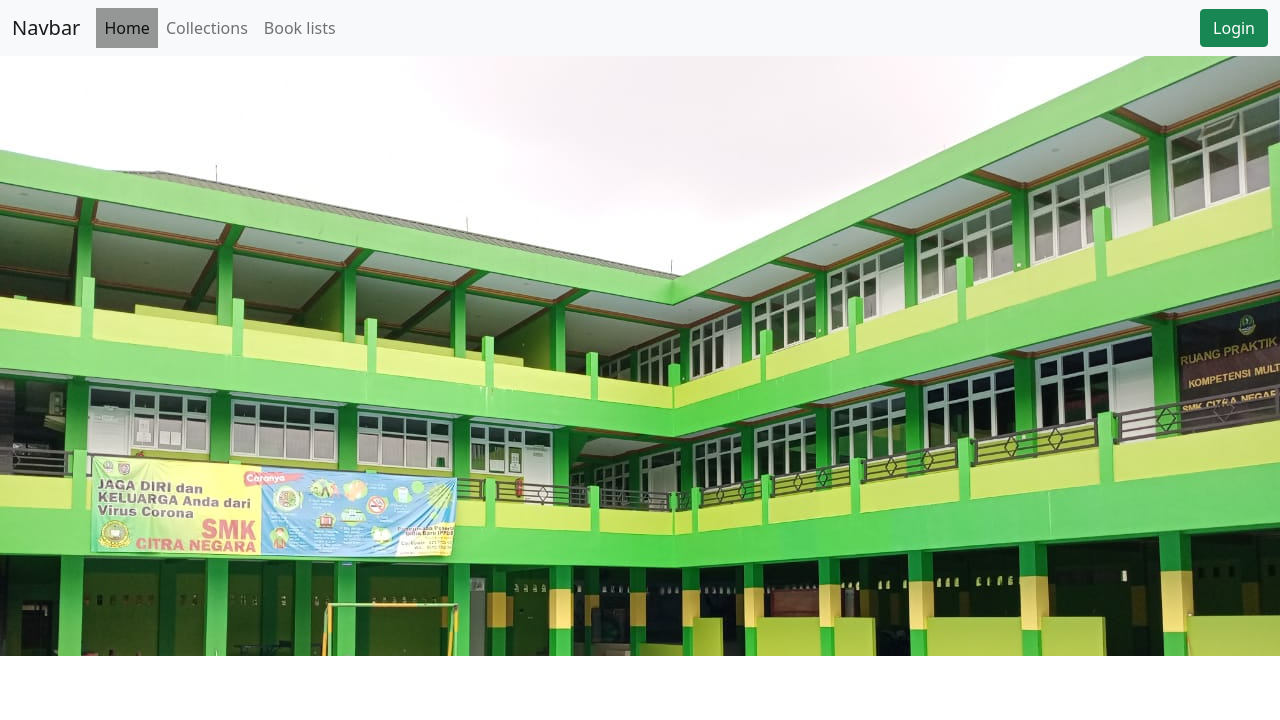
Repository: humanrizki/app-perpus-laravel-8
Page: http://localhost/home
The author's editor kept a copy of each file at every save. The page is drawn from the files as they stood at one save, then again after the next save.
The browser window is 1280 px wide. The pictures show the whole page.
An inner scrolling area shows only its first screen. Some web libraries are served in a nearby version. The page is served by the project's Laravel application, run on PHP 8.4 with Laravel 8. Other server files are loaded and not shown.

Above is the page before, as saved 2021-11-25 11:47:59.

### routes/web.php
<?php

use App\Http\Controllers\CollectionController;
use Illuminate\Support\Facades\Route;

/*
|--------------------------------------------------------------------------
| Web Routes
|--------------------------------------------------------------------------
|
| Here is where you can register web routes for your application. These
| routes are loaded by the RouteServiceProvider within a group which
| contains the "web" middleware group. Now create something great!
|
*/

Route::get('/', function () {
    return view('welcome');
});

Auth::routes();

Route::get('/home', [App\Http\Controllers\HomeController::class, 'index'])->name('home');
Route::get('/collections',[CollectionController::class,'index'])->name('collections');
Route::get('/collections/{collection:slug}',[CollectionController::class,'show']);

### app/Http/Controllers/HomeController.php
<?php

namespace App\Http\Controllers;

use Illuminate\Http\Request;

class HomeController extends Controller
{
    /**
     * Create a new controller instance.
     *
     * @return void
     */
    public function __construct()
    {
        $this->middleware('guest');
    }

    /**
     * Show the application dashboard.
     *
     * @return \Illuminate\Contracts\Support\Renderable
     */
    public function index()
    {
        return view('HomeTemplate',[
            'title'=>'home page'
        ]);
    }
}

### resources/views/homeTemplate.blade.php
@extends('layouts.capp')
@section('content')
    <div class="container-img" style="width: 100%; height:600px; overflow:auto;">
        <div class="img-content">
            <img src="img/cn.png" alt="" class="w-100" style="padding: 0px; margin:0px;">
        </div>
    </div>
@endsection

### resources/views/layouts/capp.blade.php
<!doctype html>
<html lang="en">
  <head>
    <meta charset="utf-8" />
    <meta http-equiv="X-UA-Compatible" content="IE=edge,chrome=1" />
    <meta content='width=device-width, initial-scale=1.0, maximum-scale=1.0, user-scalable=0, shrink-to-fit=no' name='viewport' />
    <title>{{ $title }}</title>

    <!--     Fonts and icons     -->
    <link href="https://fonts.googleapis.com/css?family=Montserrat:400,700,200" rel="stylesheet" />
    <link href="https://use.fontawesome.com/releases/v5.0.6/css/all.css" rel="stylesheet">
    <style>
      *,body{
        margin: 0px;
        padding: 0px;
      }
    </style>
    <link href="https://cdn.jsdelivr.net/npm/bootstrap@5.0.2/dist/css/bootstrap.min.css" rel="stylesheet" integrity="sha384-EVSTQN3/azprG1Anm3QDgpJLIm9Nao0Yz1ztcQTwFspd3yD65VohhpuuCOmLASjC" crossorigin="anonymous">
    <link rel="stylesheet" href="css/ul.css">
  </head>
  <body>
    @include('partials.header')
    @yield('content')

    <!--   Core JS Files   -->
    <script src="https://cdn.jsdelivr.net/npm/bootstrap@5.0.2/dist/js/bootstrap.bundle.min.js" integrity="sha384-MrcW6ZMFYlzcLA8Nl+NtUVF0sA7MsXsP1UyJoMp4YLEuNSfAP+JcXn/tWtIaxVXM" crossorigin="anonymous"></script>
  </body>
</html>

### resources/views/partials/header.blade.php

<nav class="navbar navbar-expand-lg navbar-light bg-light">
    <div class="container-fluid">
      <a class="navbar-brand" href="#">Navbar</a>
      <button class="navbar-toggler" type="button" data-bs-toggle="collapse" data-bs-target="#navbarSupportedContent" aria-controls="navbarSupportedContent" aria-expanded="false" aria-label="Toggle navigation">
        <span class="navbar-toggler-icon"></span>
      </button>
      <div class="collapse navbar-collapse" id="navbarSupportedContent">
        <ul class="navbar-nav me-auto mb-2 mb-lg-0">
          <li class="nav-item">
            <a class="nav-link {{ (request()->is('home')) ? 'active':'';}}" aria-current="page" href="/home">Home</a>
          </li>
          <li class="nav-item ">
            <a class="nav-link {{ (request()->is('collections*')) ? 'active':'';}}" href="/collections">Collections</a>
          </li>
          <li class="nav-item">
            <a class="nav-link {{ (request()->is('lists')) ? 'active':'';}}" href="/lists">Book lists</a>
          </li>
        </ul>
        <div class="container-login">
            <a href="/login" class="btn btn-success">Login</a>
        </div>
      </div>
    </div>
  </nav>

### public/css/ul.css
.nav-link.active{
    background-color: rgba(0, 0, 0, 0.4);
}

Loaded but not shown: app/Providers/AppServiceProvider.php (common file); app/Http/Controllers/Auth/ConfirmPasswordController.php (common file); app/Http/Controllers/Controller.php (common file)

After the next save:
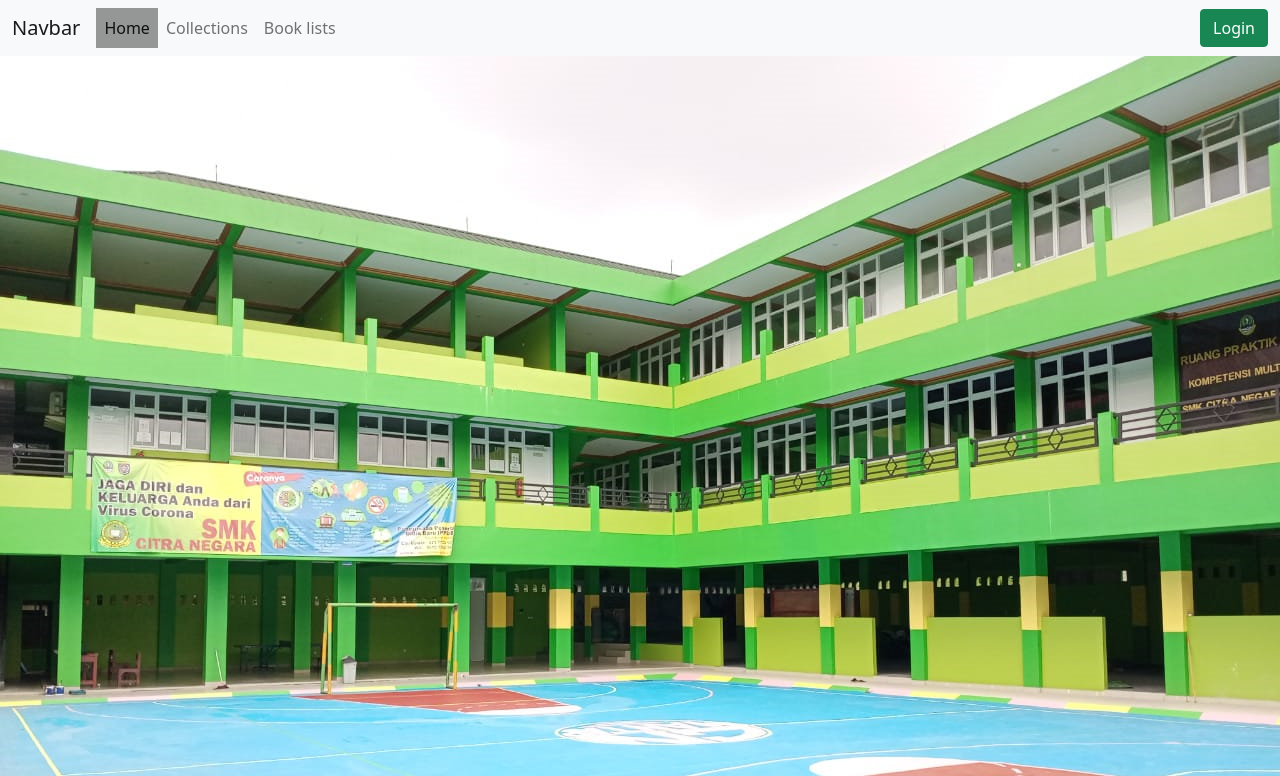
Saved 16 s later.
--- a/resources/views/homeTemplate.blade.php
+++ b/resources/views/homeTemplate.blade.php
@@ -1,6 +1,6 @@
 @extends('layouts.capp')
 @section('content')
-    <div class="container-img" style="width: 100%; height:600px; overflow:auto;">
+    <div class="container-img" style="width: 100%; height:100vh; overflow:auto;">
         <div class="img-content">
             <img src="img/cn.png" alt="" class="w-100" style="padding: 0px; margin:0px;">
         </div>
